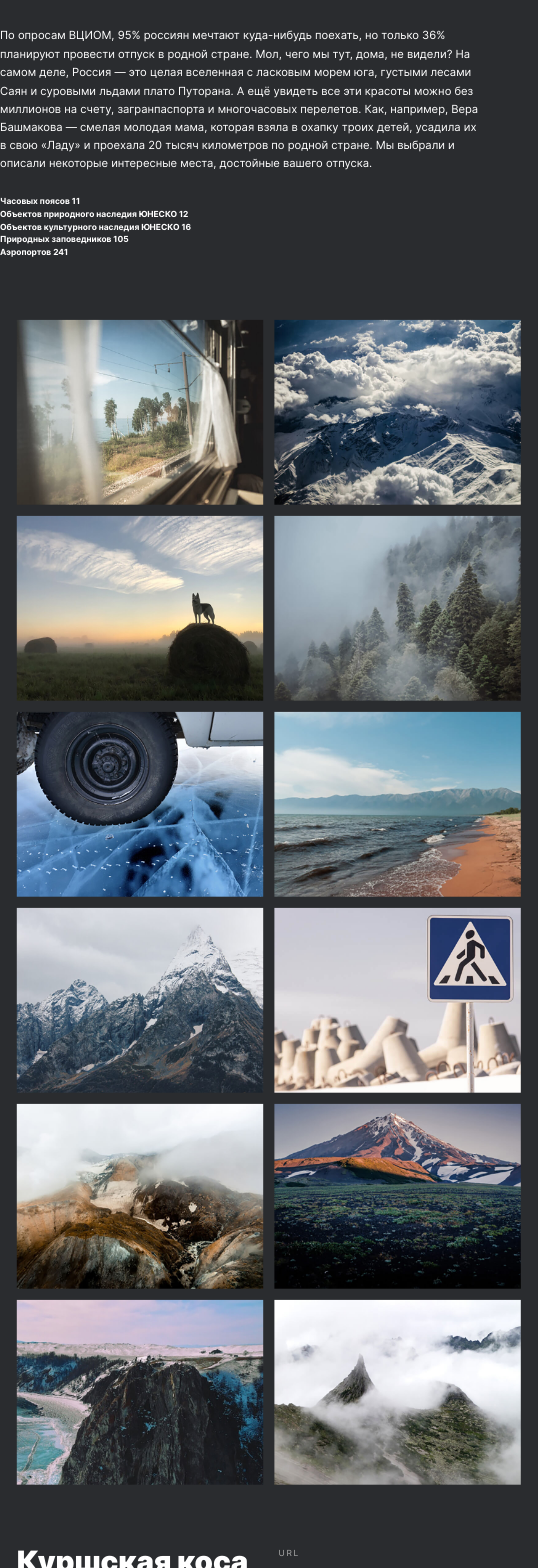
Repository: artemrgrs/russian-travel
Page: index.html
The author's editor kept a copy of each file at every save. The page is drawn from the files as they stood at one save, then again after the next save.
The browser window is 768 px wide. The pictures show the part of the page from y = 1160 to 3400 px (the page is 6962 px tall before and 6929 px after), at 70% of full size.

Above is the page before, as saved 2021-02-05 13:54:42.

After the next save:
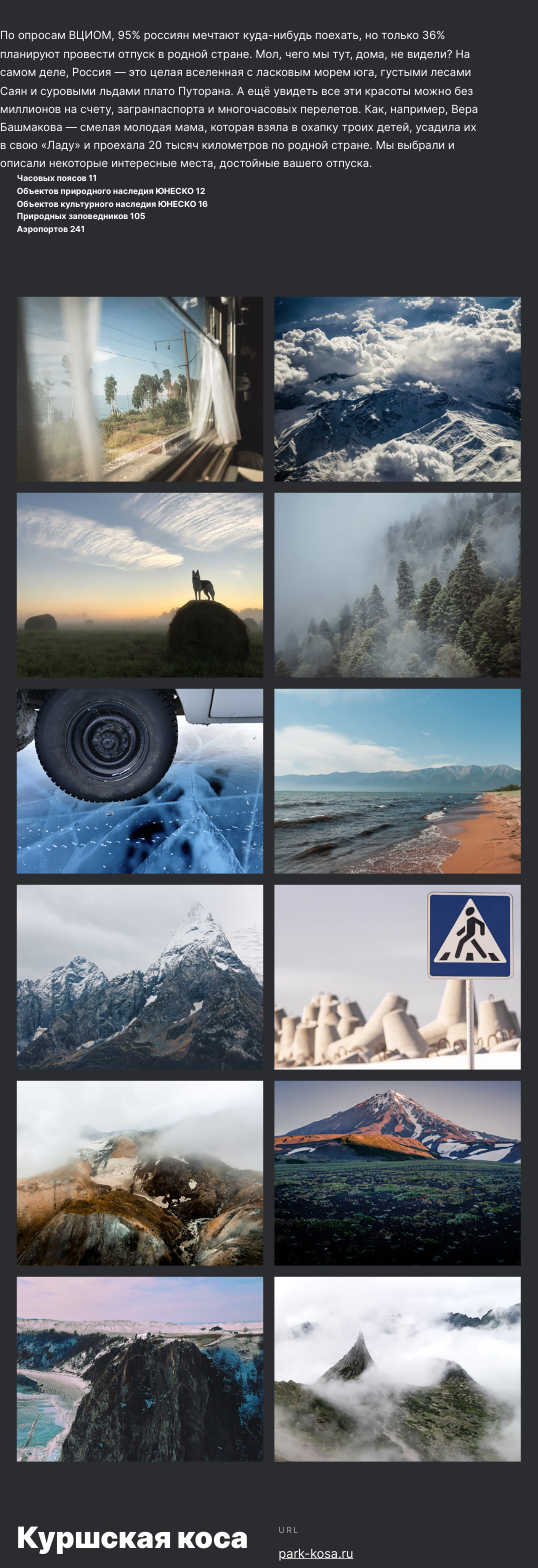
Saved 12 s later.
--- a/blocks/intro/__list/intro__list.css
+++ b/blocks/intro/__list/intro__list.css
@@ -11,3 +11,10 @@
     list-style: none;
     padding: 0;
 }
+
+@media screen and (max-width: 1023px) {
+    .intro__list {
+       margin: 0 auto;
+       max-width: 720px;
+    }
+}
